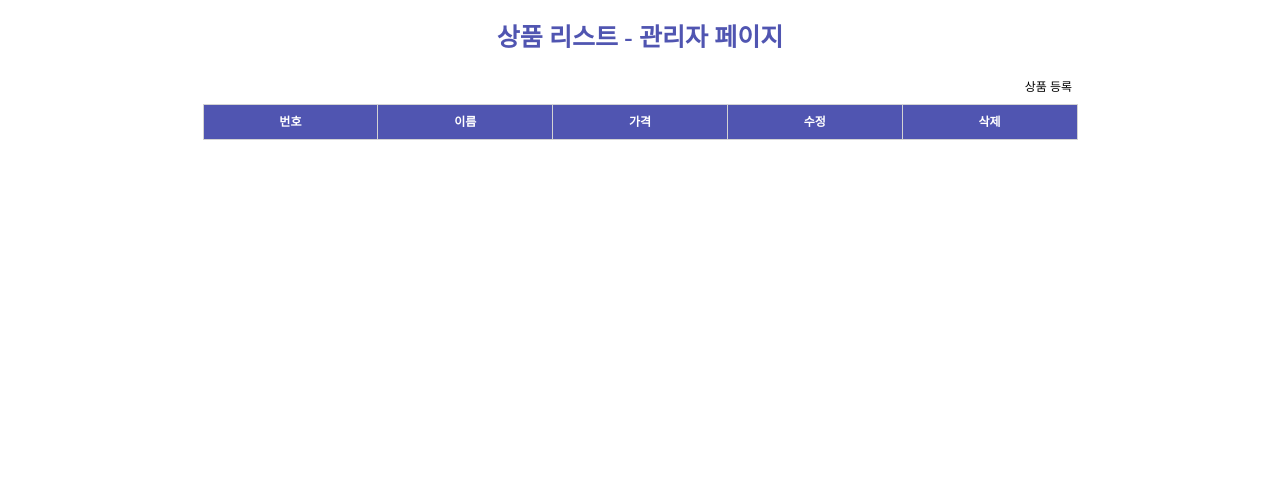
Repository: Yundanbi/Kyobo
Page: http://localhost/kyobo/productList.do
An editor plug-in stored every save of this project. The page is shown before and after the next save, followed by the edit.
The browser window is 1280 px wide. The pictures show the whole page.
The page is served by Tomcat 9. Other server files are loaded and not shown. Queries for data that is not in the repository find no rows.

Above is the page before, as saved 2025-06-17 07:31:22.

### kyobo/src/main/webapp/book/productList.jsp
<%@ page language="java" contentType="text/html; charset=UTF-8"
pageEncoding="UTF-8"%>
<%@ taglib uri="http://java.sun.com/jsp/jstl/core" prefix="c"%>
<!DOCTYPE html>
<html>
<head>
<meta charset="UTF-8">
<title>Insert title here</title>
<link rel="stylesheet" type="text/css" href="css/shopping.css">
</head>
<body>
 <div id="wrap" align="center">


          <h1>상품 리스트 - 관리자 페이지</h1>
          <table class="list">
            <tr>
              <td colspan="5" style="border: white; text-align: right"><a href="productWrite.do">상품 등록</a></td>
            </tr>
            <tr>
              <th>번호</th>
              <th>이름</th>
              <th>가격</th>
              <th>수정</th>
              <th>삭제</th>
            </tr>
            <c:forEach var="product" items="${productList}">
              <tr class="record">
                <td>${product.code}</td>
                <td>${product.productName}</td>
                <td>${product.price} 원</td>
                <td><a href="productUpdate.do?code=${product.code}">상품 수정</a>
                </td>
                <td><a href="productDelete.do?code=${product.code}">상품 삭제</a>
                </td>
              </tr>
            </c:forEach>
          </table>
        </div>
</body>
</html>

### kyobo/src/main/java/com/book/controller/ProductListServlet.java
package com.book.controller;

import java.io.IOException;
import java.util.List;

import javax.servlet.RequestDispatcher;
import javax.servlet.ServletException;
import javax.servlet.annotation.WebServlet;
import javax.servlet.http.HttpServlet;
import javax.servlet.http.HttpServletRequest;
import javax.servlet.http.HttpServletResponse;

import com.book.dao.ProductDAO;
import com.book.dto.ProductVO;


@WebServlet("/productList.do")
public class ProductListServlet extends HttpServlet {
	private static final long serialVersionUID = 1L;




	protected void doGet(HttpServletRequest request, HttpServletResponse response) throws ServletException, IOException {
		ProductDAO pDao = ProductDAO.getInstance();
		List<ProductVO> productList = pDao.selectAllProducts();
		request.setAttribute("productList", productList);
		RequestDispatcher dispatcher = request.getRequestDispatcher("book/productList.jsp");
		dispatcher.forward(request, response);
	}


	protected void doPost(HttpServletRequest request, HttpServletResponse response) throws ServletException, IOException {
		doGet(request, response);
	}

}

### kyobo/src/main/java/com/book/dao/ProductDAO.java
package com.book.dao;

import java.sql.Connection;
import java.sql.PreparedStatement;
import java.sql.ResultSet;
import java.util.ArrayList;
import java.util.List;

import com.book.dto.ProductVO;

import util.DBManager;

public class ProductDAO {
	private ProductDAO() {}

	private static ProductDAO instance = new ProductDAO();

	public static ProductDAO getInstance() {
		return instance;
	}

	public List<ProductVO> selectAllProducts() {

	String sql = "select * from product order by code desc";
	List<ProductVO> list = new ArrayList<ProductVO>();
	Connection conn = null;
	PreparedStatement pstmt = null;
	ResultSet rs = null;
	try {
		conn = DBManager.getConnection();
		pstmt = conn.prepareStatement(sql);
		rs = pstmt.executeQuery();
		while (rs.next()) {
			ProductVO pVo = new ProductVO();
			pVo.setCode(rs.getInt("code"));
			pVo.setProductName(rs.getString("productName"));
			pVo.setPrice(rs.getInt("price"));
			pVo.setPictureUrl(rs.getString("pictureUrl"));
			pVo.setDescription(rs.getString("description"));
			list.add(pVo);
		}
	} catch (Exception e) {
		e.printStackTrace();
	} finally {
		DBManager.close(conn, pstmt, rs);
	}
	return list;
}


	public void insertProduct(ProductVO pVo) {
		String sql = "insert into product (productname, price, pictureurl, description) values(?,?,?,?)";
		Connection conn = null;
		PreparedStatement pstmt = null;
		try {
			conn = DBManager.getConnection();
			pstmt = conn.prepareStatement(sql);
			pstmt.setString(1, pVo.getProductName());
			pstmt.setInt(2, pVo.getPrice());
			pstmt.setString(3, pVo.getPictureUrl());
			pstmt.setString(4, pVo.getDescription());
			pstmt.executeUpdate(); // 실행
		} catch (Exception e) {
			e.printStackTrace();
		} finally {
			DBManager.close(conn, pstmt);
		}
	}

	public ProductVO selectProductByCode (String code) {
		String sql = "select * from product where code = ?";
		ProductVO pVo = null;
		try {
			Connection conn = null;
			PreparedStatement pstmt = null;
			ResultSet rs = null;

			try {

				conn = DBManager.getConnection();
				pstmt = conn.prepareStatement(sql);
				pstmt.setString(1, code);
				rs = pstmt.executeQuery();
				if (rs.next()) {
					pVo = new ProductVO();
					pVo.setCode(rs.getInt("code"));
					pVo.setProductName(rs.getString("productname"));
					pVo.setPrice(rs.getInt("price"));
					pVo.setPictureUrl(rs.getString("pictureurl"));
					pVo.setDescription(rs.getString("description"));
				}
			}catch (Exception e) {
				e.printStackTrace();
			}finally {

				DBManager.close(conn, pstmt, rs);

			}
		}catch (Exception e) {
			e.printStackTrace();
		}
		return pVo;
	}

	public void updateProduct(ProductVO pVo) {
		String sql = "UPDATE product SET productname=?, price=?, pictureurl=?, description=? WHERE code=?";
		Connection conn = null;
		PreparedStatement pstmt = null;
		try {
			conn = DBManager.getConnection();
			pstmt = conn.prepareStatement(sql);
			pstmt.setString(1, pVo.getProductName());
			pstmt.setInt(2, pVo.getPrice());
			pstmt.setString(3, pVo.getPictureUrl());
			pstmt.setString(4, pVo.getDescription());
			pstmt.setInt(5, pVo.getCode());
			pstmt.executeUpdate(); // 쿼리문 실행

		} catch (Exception e) {
			e.printStackTrace();

		} finally {
			DBManager.close(conn, pstmt);
		}
	}

	public void deleteProduct(String code) {
		String sql = "delete from product where code = ?";
		Connection conn = null;
		PreparedStatement pstmt = null;
		try {
			conn = DBManager.getConnection();
			pstmt = conn.prepareStatement(sql);
			pstmt.setString(1, code);
			pstmt.executeUpdate();

		}catch (Exception e) {
			e.printStackTrace();
		}finally {
			DBManager.close(conn,pstmt);
		}

	}



}

### kyobo/src/main/java/util/DBManager.java
package util;

import java.sql.Connection;
import java.sql.ResultSet;
import java.sql.Statement;

import javax.naming.Context;
import javax.naming.InitialContext;
import javax.sql.DataSource;

public class DBManager {
	public static Connection getConnection() {
		   Connection conn = null; // Connection 변수를 메서드 외부에서 선언하고 초기화

		    try {
		        Context initContext = new InitialContext();
		        Context envContext = (Context) initContext.lookup("java:/comp/env");
		        DataSource ds = (DataSource) envContext.lookup("jdbc/estoreDB");
		        conn = ds.getConnection();
		        System.out.println("DBCP 연동 성공");
		        System.out.println("mysql 연결 성공 : " + conn);
		    } catch (Exception e) {
		        e.printStackTrace();
		    }
		    return conn;
		}

	// select을 수행한 후 리소스 해제를 위한 메소드
		public static void close(Connection conn, Statement stmt, ResultSet rs) {
			try {
				rs.close();
				stmt.close();
				conn.close();
			} catch (Exception e) {
				e.printStackTrace();
			}
		}


		// insert, update, delete 작업을 수행한 후 리소스 해제를 위한 메소드
		public static void close(Connection conn, Statement stmt) {
			try {
				stmt.close();
				conn.close();
			} catch (Exception e) {
				e.printStackTrace();
			}
		}
}

### kyobo/src/main/webapp/css/shopping.css
@charset "UTF-8";

 #wrap {
      width: 1250px;
       margin: 0 auto;

      }
	h1 {color: #5055b1; font-size:25px;}
      table {  width: 70% !important; }
      table {width: 80%; border-collapse: collapse; font-size: 12px; line-height: 24px;}
      table td,th {border: #d3d3d3 solid 1px;  padding: 5px; }

      th {background: #5055b1;}
      th {color:white;}
      img {width: 220px; height: 300px;}
      a {text-decoration: none; color: black; }
      a:HOVER {text-decoration: underline; color:#5055b1; }

### kyobo/src/main/webapp/img/logo_book.svg
<svg width="120" height="44" viewBox="0 0 120 44" fill="none" xmlns="http://www.w3.org/2000/svg">
<path d="M30.1306 23.4481C29.3894 23.4192 28.6499 23.5392 27.9559 23.8009C27.2618 24.0627 26.6272 24.4609 26.0896 24.9721C25.4974 25.6293 25.0405 26.3968 24.745 27.2307C24.4495 28.0646 24.3213 28.9486 24.3676 29.8321C24.3214 30.7154 24.4497 31.5992 24.7452 32.4329C25.0407 33.2666 25.4975 34.0339 26.0896 34.6911C27.2059 35.6822 28.6469 36.2295 30.1396 36.2295C31.6324 36.2295 33.0734 35.6822 34.1896 34.6911C35.37 33.3561 35.9803 31.6117 35.8896 29.8321C35.9807 28.052 35.3704 26.3072 34.1896 24.9721C33.6485 24.4611 33.0108 24.0632 32.3141 23.8015C31.6173 23.5398 30.8744 23.4197 30.1306 23.4481ZM32.4686 33.3601C32.1866 33.705 31.8291 33.9805 31.4238 34.1655C31.0184 34.3505 30.576 34.44 30.1306 34.4271C29.6876 34.4399 29.2475 34.3504 28.8448 34.1653C28.442 33.9802 28.0874 33.7046 27.8086 33.3601C27.1286 32.3144 26.8088 31.0752 26.8976 29.8311C26.8113 28.5871 27.1309 27.3487 27.8086 26.3021C28.0884 25.9597 28.4436 25.6867 28.8464 25.5046C29.2493 25.3224 29.6888 25.236 30.1306 25.2521C30.5747 25.2362 31.0166 25.3227 31.4219 25.5048C31.8273 25.6868 32.1854 25.9596 32.4686 26.3021C33.1428 27.3499 33.4587 28.5883 33.3686 29.8311C33.4612 31.0737 33.1452 32.3136 32.4686 33.3601Z" fill="#081D58"/>
<path d="M61.6955 24.972C60.5738 23.9897 59.1335 23.4482 57.6425 23.4482C56.1514 23.4482 54.7112 23.9897 53.5895 24.972C52.4004 26.3029 51.7857 28.0498 51.8795 29.832C51.7879 31.6147 52.4047 33.3612 53.5955 34.691C54.7127 35.6826 56.1547 36.2302 57.6485 36.2302C59.1423 36.2302 60.5842 35.6826 61.7015 34.691C62.8838 33.3572 63.4944 31.612 63.4015 29.832C63.4951 28.0516 62.8845 26.3059 61.7015 24.972M59.9815 33.36C59.6923 33.6952 59.3344 33.964 58.9319 34.1483C58.5295 34.3326 58.0921 34.428 57.6495 34.428C57.2069 34.428 56.7694 34.3326 56.367 34.1483C55.9646 33.964 55.6066 33.6952 55.3175 33.36C54.6408 32.3134 54.3225 31.0753 54.4105 29.832C54.3251 28.5887 54.6432 27.3511 55.3175 26.303C55.6098 25.973 55.9688 25.7088 56.3708 25.5278C56.7728 25.3468 57.2086 25.2532 57.6495 25.2532C58.0903 25.2532 58.5262 25.3468 58.9282 25.5278C59.3302 25.7088 59.6892 25.973 59.9815 26.303C60.655 27.3516 60.9708 28.59 60.8815 29.833C60.9735 31.0757 60.6575 32.3144 59.9815 33.361" fill="#081D58"/>
<path d="M18.673 35.938C18.567 35.8236 18.485 35.6891 18.4319 35.5424C18.3788 35.3957 18.3557 35.2398 18.364 35.084V30.648L22.5 23.717H19.668C19.868 23.917 19.892 24.247 19.644 24.637L17.405 28.517C15.522 25.108 15.524 25.011 15.183 24.389C14.918 23.921 14.692 23.717 14.189 23.717H11.959C12.2518 24.0303 12.5008 24.3818 12.699 24.762L15.999 30.616V35.083C16.0074 35.2388 15.9844 35.3946 15.9315 35.5412C15.8786 35.6879 15.7968 35.8225 15.691 35.937L18.673 35.938Z" fill="#081D58"/>
<path d="M39.834 35.9381C39.9407 35.8241 40.0233 35.6897 40.0768 35.5429C40.1302 35.3961 40.1534 35.2401 40.145 35.0841V24.5671C40.154 24.4112 40.131 24.2552 40.0776 24.1085C40.0241 23.9618 39.9412 23.8276 39.834 23.7141H43.881C45.821 23.7141 47.515 24.6501 47.515 26.4681C47.5261 26.933 47.417 27.3929 47.1981 27.8032C46.9793 28.2135 46.6582 28.5603 46.266 28.8101C46.9198 29.0312 47.4878 29.4517 47.8902 30.0124C48.2925 30.5732 48.509 31.2459 48.509 31.9361C48.5097 32.5169 48.3773 33.0901 48.122 33.6117C47.8666 34.1333 47.4951 34.5895 47.036 34.9451C46.134 35.6368 45.0165 35.9875 43.881 35.9351L39.834 35.9381ZM42.514 28.3321C43.0984 28.3909 43.6885 28.3195 44.242 28.1231C44.4946 28.024 44.7102 27.8488 44.8588 27.6218C45.0075 27.3949 45.082 27.1273 45.072 26.8561C45.061 26.6613 45.0112 26.4707 44.9257 26.2953C44.8402 26.12 44.7205 25.9634 44.5738 25.8349C44.4271 25.7063 44.2562 25.6082 44.0711 25.5465C43.886 25.4847 43.6905 25.4604 43.496 25.4751C43.1641 25.4638 42.8325 25.506 42.514 25.6001V28.3321ZM45.162 33.8801C45.4542 33.6872 45.6888 33.4187 45.8408 33.1032C45.9927 32.7877 46.0564 32.4369 46.025 32.0881C46.0113 31.8045 45.9394 31.5268 45.8139 31.2721C45.6883 31.0175 45.5117 30.7914 45.2951 30.6078C45.0785 30.4243 44.8264 30.2873 44.5546 30.2053C44.2828 30.1233 43.997 30.098 43.715 30.1311C43.3139 30.1271 42.9129 30.1505 42.515 30.2011V34.1181C43.3981 34.3546 44.3365 34.2699 45.163 33.8791" fill="#081D58"/>
<path d="M1.31002 35.0839C1.3183 35.2398 1.29512 35.3957 1.24186 35.5424C1.18861 35.6891 1.10636 35.8236 1.00002 35.9379H3.98802C3.88159 35.8237 3.79928 35.6892 3.74602 35.5425C3.69276 35.3957 3.66963 35.2398 3.67802 35.0839V30.3089L7.14702 35.2669C7.2425 35.47 7.39425 35.6415 7.58426 35.761C7.77428 35.8804 7.99458 35.9429 8.21902 35.9409H10.619C10.2919 35.6272 10.003 35.2762 9.75802 34.8949L5.83802 29.3409L9.83802 23.7169H6.89902C7.05102 23.9169 7.07102 24.1659 6.78402 24.6469L3.68402 29.1249V24.5669C3.67511 24.411 3.69799 24.2548 3.75128 24.108C3.80457 23.9612 3.88716 23.8268 3.99402 23.7129H0.999023C1.10579 23.8269 1.18832 23.9613 1.2416 24.1081C1.29489 24.2549 1.31782 24.411 1.30902 24.5669L1.31002 35.0839Z" fill="#081D58"/>
<path d="M67.2346 6.979C66.9569 6.72281 66.6307 6.52493 66.2752 6.39705C65.9197 6.26917 65.5421 6.2139 65.1649 6.2345C64.7877 6.25511 64.4184 6.35117 64.0789 6.51701C63.7395 6.68285 63.4367 6.91509 63.1886 7.2C61.7756 8.686 60.6766 9.239 59.3676 9.183C57.5396 9.104 56.6376 7.691 55.6986 5.907C55.3312 5.05654 54.7264 4.33002 53.9566 3.81445C53.1869 3.29888 52.2849 3.01611 51.3586 3C50.7138 3.00446 50.0767 3.14038 49.4862 3.39946C48.8957 3.65853 48.3643 4.03532 47.9243 4.50677C47.4844 4.97823 47.1453 5.53446 46.9276 6.14144C46.71 6.74843 46.6185 7.39343 46.6586 8.037C46.6945 9.62273 47.1673 11.1678 48.025 12.502C48.8827 13.8363 50.0919 14.9079 51.5196 15.599C53.1121 16.3981 54.8641 16.8284 56.6456 16.858C56.5252 17.9401 56.2905 19.0063 55.9456 20.039H59.3086C58.9494 18.9729 58.7103 17.8701 58.5956 16.751C63.5216 16.112 65.8596 13.872 67.1416 11.74C67.6834 10.9123 67.9875 9.95171 68.0206 8.963C68.0307 8.59686 67.967 8.23243 67.8334 7.89141C67.6997 7.55039 67.4988 7.23976 67.2426 6.978M51.3816 9.536C51.0412 9.55969 50.7014 9.48175 50.4053 9.31206C50.1092 9.14237 49.8701 8.88857 49.7185 8.58286C49.5668 8.27714 49.5094 7.93328 49.5534 7.59486C49.5974 7.25645 49.741 6.93873 49.9658 6.682C50.1906 6.42527 50.4866 6.24108 50.8163 6.1528C51.1459 6.06452 51.4944 6.07612 51.8174 6.18613C52.1405 6.29614 52.4236 6.49961 52.6308 6.77073C52.8381 7.04185 52.9602 7.36841 52.9816 7.709C53.0104 8.16315 52.8583 8.61024 52.5585 8.95258C52.2587 9.29492 51.8356 9.50467 51.3816 9.536Z" fill="#6DB329"/>
<path d="M113.393 28.3181H111.536V33.8781H107.988V35.3341H119.006V33.8781H113.398L113.393 28.3181Z" fill="#081D58"/>
<path d="M115.861 32.4649H117.072C117.526 30.1329 117.848 27.2179 118.036 25.2649C118.141 24.2109 118.146 23.6589 117.199 23.6589H108.923V25.1139H115.861V32.4649Z" fill="#081D58"/>
<path d="M97.3025 28.4399H105.357V23.6089H96.1495V27.2859C96.1264 27.4429 96.1403 27.603 96.19 27.7537C96.2398 27.9044 96.3239 28.0413 96.4359 28.1538C96.5478 28.2662 96.6844 28.351 96.8349 28.4013C96.9853 28.4517 97.1454 28.4663 97.3025 28.4439M103.285 26.9849H98.2225V25.0639H103.285V26.9849Z" fill="#081D58"/>
<path d="M98.4728 31.853H96.4028V34.72C96.3794 34.8765 96.3929 35.0363 96.4422 35.1867C96.4915 35.337 96.5752 35.4738 96.6867 35.5861C96.7982 35.6984 96.9344 35.783 97.0844 35.8334C97.2344 35.8837 97.3941 35.8983 97.5508 35.876H105.38V34.42H98.4718L98.4728 31.853Z" fill="#081D58"/>
<path d="M95.1123 30.9089H99.9243V33.1769H101.995V30.9089H106.38V29.4529H95.1123V30.9089Z" fill="#081D58"/>
<path d="M76.0076 28.7119H74.1516V33.8779H72.8866V28.7119H71.0286V33.8779H68.5166V35.3349H79.9866V33.8779H76.0036L76.0076 28.7119Z" fill="#081D58"/>
<path d="M77.0538 32.4649H78.2638C78.7188 30.1329 79.0388 27.2179 79.2288 25.2649C79.3288 24.2109 79.3398 23.6589 78.3908 23.6589H69.7568V25.1139H77.0568L77.0538 32.4649Z" fill="#081D58"/>
<path d="M88.5873 31.3931H86.5163V33.8791H81.7773V35.3351H93.2573V33.8781H88.5873V31.3931Z" fill="#081D58"/>
<path d="M84.5396 30.6091H90.4896C90.6465 30.6314 90.8064 30.6168 90.9566 30.5666C91.1069 30.5163 91.2434 30.4317 91.3553 30.3195C91.4672 30.2074 91.5514 30.0706 91.6013 29.9202C91.6511 29.7698 91.6653 29.6099 91.6426 29.4531V23.5381H89.5676V25.9381H85.4596V23.5381H83.3846V29.4531C83.3618 29.6101 83.376 29.7702 83.4259 29.9208C83.4759 30.0714 83.5603 30.2082 83.6725 30.3205C83.7846 30.4327 83.9214 30.5172 84.0719 30.5673C84.2224 30.6174 84.3826 30.6317 84.5396 30.6091ZM89.5686 27.3881V29.3571H85.4606V27.3881H89.5686Z" fill="#081D58"/>
</svg>

After the next save:
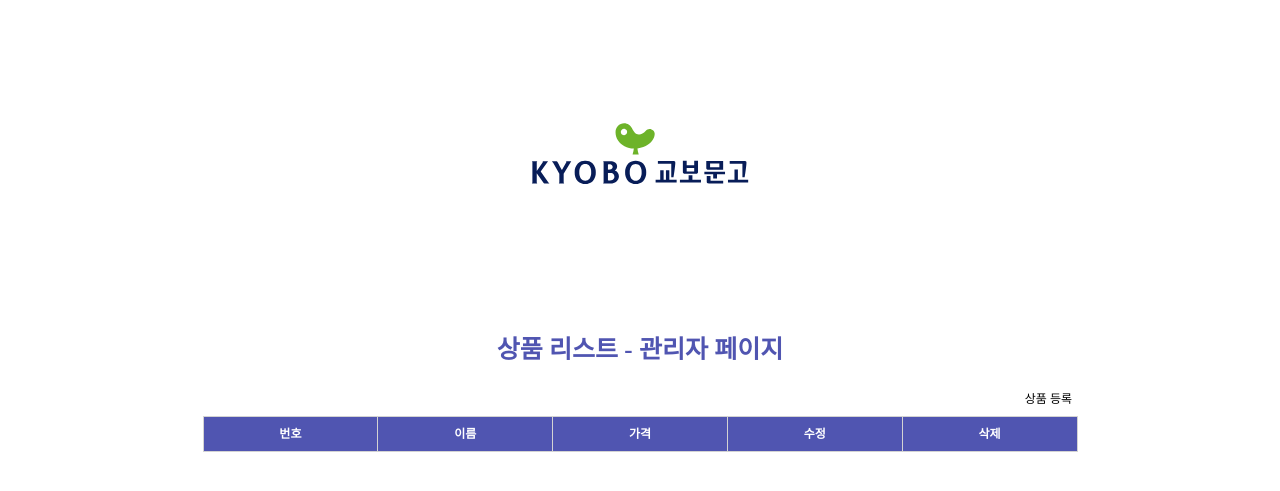
Saved 33 s later.
--- a/kyobo/src/main/webapp/book/productList.jsp
+++ b/kyobo/src/main/webapp/book/productList.jsp
@@ -10,8 +10,10 @@
 </head>
 <body>
  <div id="wrap" align="center">
-
-
+ 		 <div class="logo">
+		 <a href="index.jsp">
+      <img src="img/logo_book.svg" alt="교보문고 로고" /></a>
+    	</div>
           <h1>상품 리스트 - 관리자 페이지</h1>
           <table class="list">
             <tr>
